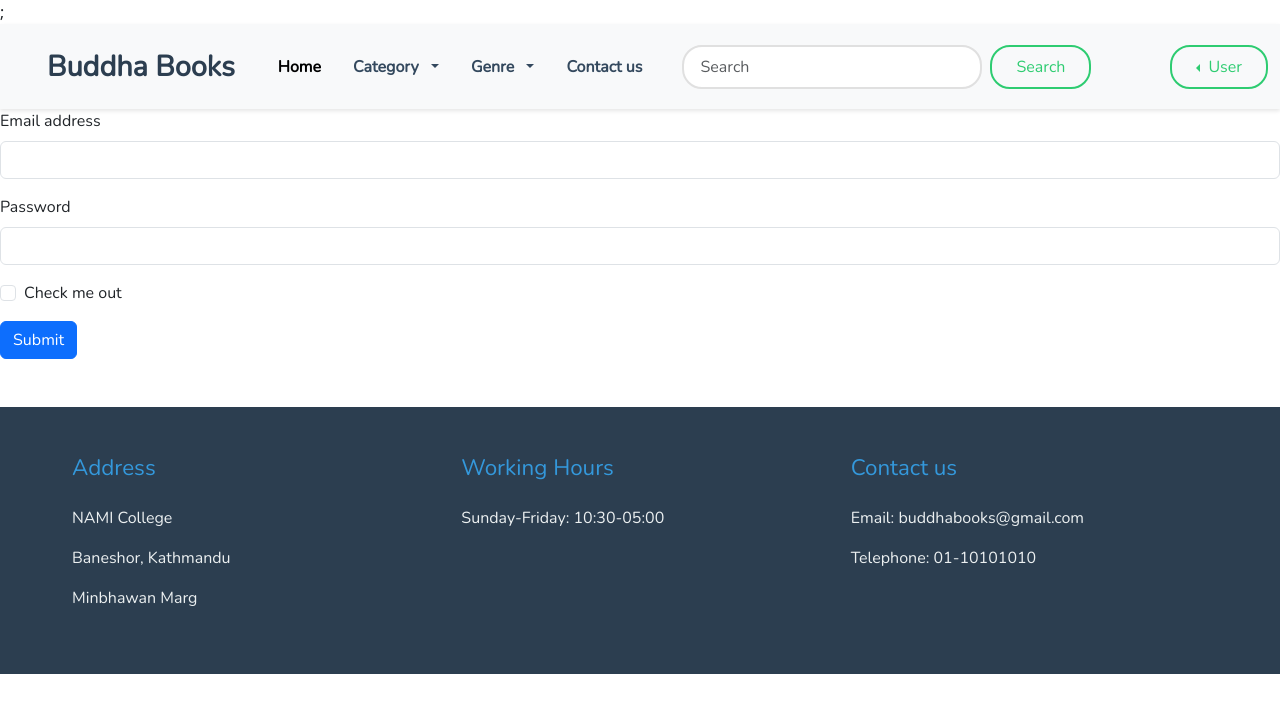
Repository: Shuprawal/Library-Management-System
Page: resources/views/addProfile.blade.php
These files come from the project's save history. The page is drawn as it stood at one moment and after the next save; the edit follows.
The browser window is 1280 px wide. The pictures show the whole page.
Some web libraries are served in a nearby version. The page is served by the project's Laravel application, run on PHP 8.4 with Laravel 12. Other server files are loaded and not shown. The database holds what the project's SQL file puts in it. The template is opened directly, without the code that normally fills it, so the values that code supplies are empty.

Above is the page before, as saved 2024-12-29 12:40:01.

### app/Providers/AppServiceProvider.php
<?php

namespace App\Providers;

use App\Models\Publisher;
use Illuminate\Support\ServiceProvider;
use Illuminate\Support\Facades\View;
use App\Models\Genre;
use App\Models\Author;
use App\Models\Book;
class AppServiceProvider extends ServiceProvider
{
    /**
     * Register any application services.
     */
    public function register(): void
    {
        //
    }

    /**
     * Bootstrap any application services.
     */
    public function boot(): void
    {
        //
        View::composer(['kitab', 'allbooklist', 'layouts.try'], function ($view) {
            $view->with('genres', Genre::all());
        });

        View::composer(['kitab', 'allbooklist', 'layouts.try'], function ($view) {
            $view->with('authors', Author::all());
        });

        View::composer(['kitab', 'allbooklist', 'layouts.try'], function ($view) {
            $view->with('publishers', Publisher::all());
        });

        View::composer(['list', 'index'], function ($view) {
            $view->with('books', Book::with(['authors', 'genres', 'publisher'])->get());
        });


        // View::composer('book', function ($view) {
        //     $view->with('book', function () {
        //         // Retrieve the book ID from the route
        //         $id = request()->route('id');

        //         // Fetch the book along with related models
        //         return Book::with(['authors', 'genres', 'publisher'])->findOrFail($id);
        //     });
        // });
        // public function index()
        // {
        //     $books = Book::with(['authors', 'genres', 'publisher'])->get();
        //     return view('allbooklist', compact('books'));
        // }
    }
}

### routes/web.php
<?php
use App\Http\Controllers\BookController;
use App\Http\Controllers\AuthorController;
use App\Http\Controllers\PublisherController;
use App\Http\Controllers\ProfileController;
use App\Http\Controllers\GenreController;
use Illuminate\Support\Facades\Route;
use Illuminate\Support\Facades\Auth;
use Laravel\Jetstream\Http\Controllers\Inertia\UserProfileController;

Route::get('/login', function () {
    return view('login');
})->name('login');

Route::get('/data', function () {
    return view('data');
});

Route::middleware([
    'auth:sanctum',
    config('jetstream.auth_session'),
    'verified',
])->group(function () {
    Route::get('/dashboard', function () {
        return view('dashboard');
    })->name('dashboard');
});

Route::get('/new', function () {
    return view('new');
});

Route::get('/', function () {
    return view('index');
})->name('home');



Route::get('/allist', function () {
    return view('authorlist');
})->name('authorlist');

Route::get('/addauthor', function () {
    return view('author.addauthor');
});


Route::get('/book', function () {
    return view('book');
})->name('book');

Route::get('/book2', function () {
    return view('book2');
})->name('book2');

Route::get('/booklist', function () {
    return view('booklist');
});

Route::get('/add', function () {
    return view('add');
});

Route::get('/addbook', function () {
    return view('addbook');
});

Route::get('/kitab', function () {
    return view('kitab');
})->name('kitab');

Route::get('/addmore', function () {
    return view('addmore');
});

Route::get('/addgenre', function () {
    return view('addgenre');
});

Route::get('/addpublisher', function () {
    return view('addpublisher');
});

Auth::routes();

// Route::get('/home', [App\Http\Controllers\HomeController::class, 'index'])->name('index');

// Route ::get('addpublisher',[PublisherController::class, 'index'])->name('publisher.index');
// Route ::get('addpublisher',[PublisherController::class, 'create'])->name('publisher.create');
// Route ::post('pulish',[PublisherController::class, 'store'])->name('publisher.store');


// Display a list of publishers (index)
Route::get('publishers', [PublisherController::class, 'index'])->name('publisher.index');

// Display the form to add a publisher (create)
Route::get('addpublisher', [PublisherController::class, 'create'])->name('publisher.create');

// Store the new publisher (store)
Route::post('addpublisher', [PublisherController::class, 'store'])->name('publisher.store');
Route::post('addpublisher', [PublisherController::class, 'store'])->name('publisher.store');
Route::post('kitab', [BookController::class, 'store'])->name('book.store');






Route::get('genres', [GenreController::class, 'index'])->name('genre.index');


Route::get('addgenre', [GenreController::class, 'create'])->name('genre.create');


Route::post('addgenre', [GenreController::class, 'store'])->name('genre.store');

// Route::get('/books/{genre}', [BookController::class, 'listByGenre'])->name('booklist');




Route::get('authors', [AuthorController::class, 'index'])->name('author.index');


Route::get('addauthor', [AuthorController::class, 'create'])->name('author.create');


Route::post('addauthor', [AuthorController::class, 'store'])->name('author.store');




Route::get('books', [BookController::class, 'index'])->name('book.index');


Route::get('kitab', [BookController::class, 'create'])->name('book.create');


Route::post('kitab', [BookController::class, 'store'])->name('book.store');

// Route::post('/kitab', [BookController::class, 'store']);

Route::get('/addNewBook',function(){
    return view('addNewBook');
})->name('new');


Route::get('/list', function () {
    return view('list');
})->name('list');


// Route::get('/booklist', function () {
//     return view('booklist');
// })->name('booklist');

Route::get('authorlist', [AuthorController::class, 'index'])->name('authorlist');
Route::delete('autorlist/{id}', [AuthorController::class, 'destroy'])->name('delete_author');

Route::get('genrelist', [GenreController::class, 'index'])->name('genrelist');
Route::delete('genrelist/{id}', [GenreController::class, 'destroy'])->name('delete_genre');

Route::get('publisherlist', [PublisherController::class, 'index'])->name('publisherlist');
Route::delete('publisher/{id}', [PublisherController::class, 'destroy'])->name('delete_publisher');


Route::get('allbooklist', [BookController::class, 'index'])->name('allbooklist');
Route::delete('allbooklist/{id}', [BookController::class, 'destroy'])->name('delete_book');

Route::get('/book/{id}', [BookController::class, 'show'])->name('book');


 Route::post('/publisherEdit/{id}', [PublisherController::class, 'edit'])->name('publisher_edit');


Route::get('/publisherEdit/{id}', [PublisherController::class, 'edit'])->name('publisher_edit');
Route::put('/publisherEdit/{id}', [PublisherController::class, 'update'])->name('publisher_update');



Route::post('/authorEdit/{id}', [AuthorController::class, 'edit'])->name('author_edit');


Route::get('/authorEdit/{id}', [AuthorController::class, 'edit'])->name('author_edit');
Route::put('/authorEdit/{id}', [AuthorController::class, 'update'])->name('author_update');


Route::post('/genreEdit/{id}',[GenreController::class,'edit'])->name('genre_edit');
Route::get('/genreEdit/{id}',[GenreController::class,'edit'])->name('genre_edit');
Route::put('genreEdit/{id}',[GenreController::class,'update'])->name('genre_update');

Route::get('bookEdit/{id}',[BookController::class,'edit'])->name('book_edit');
Route::post('bookEdit/{id}',[BookController::class,'edit'])->name('book_edit');
Route::put('bookEdit/{id}',[BookController::class,'update'])->name('book_update');

 Route::get('booklist/{id}',[BookController::class,'getBooksByGenre'])->name('booklist');







//  show profile

Route::middleware('auth')->group(function(){

    Route::get('profile',[ProfileController::class,'show'])->name('showProfile');
    Route::get('addprofile',[ProfileController::class,'create'])->name('profilecreate');
});

### resources/views/addProfile.blade.php
@extends('layouts.try');
@section('hom-body')
<form action="{{route('profilecreate')}}" method="Post">
@csrf


  <div class="mb-3">
    <label for="exampleInputEmail1" class="form-label">Email address</label>
    <input type="email" class="form-control" id="exampleInputEmail1" aria-describedby="emailHelp">

  </div>
  <div class="mb-3">
    <label for="exampleInputPassword1" class="form-label">Password</label>
    <input type="password" class="form-control" id="exampleInputPassword1">
  </div>
  <div class="mb-3 form-check">
    <input type="checkbox" class="form-check-input" id="exampleCheck1">
    <label class="form-check-label" for="exampleCheck1">Check me out</label>
  </div>
  <button type="submit" class="btn btn-primary">Submit</button>

</form>
@endsection

### app/Models/Genre.php
<?php

namespace App\Models;

use Illuminate\Database\Eloquent\Model;

class Genre extends Model
{
    protected $fillable = ['name'];

    public function books() {
        return $this->belongsToMany(Book::class, 'book_genres', 'genre_id', 'book_id');
    }
}

### app/Models/Author.php
<?php

namespace App\Models;

use Illuminate\Database\Eloquent\Model;

class Author extends Model
{
    protected $fillable = ['name'];

    // In Author Model
    public function books() {
        return $this->belongsToMany(Book::class, 'book_authors', 'authorID', 'bookID');
    }



}

### app/Models/Publisher.php
<?php

namespace App\Models;

use Illuminate\Database\Eloquent\Model;

class Publisher extends Model
{
    protected $fillable = ['name'];

    public function books() {
        return $this->hasMany(Book::class, 'publisherID','id');
    }
}

### library management system database.sql (the tables this page reads)
CREATE TABLE `authors` (
  `id` bigint(20) UNSIGNED NOT NULL,
  `name` varchar(255) NOT NULL,
  `created_at` timestamp NULL DEFAULT NULL,
  `updated_at` timestamp NULL DEFAULT NULL
) ENGINE=InnoDB DEFAULT CHARSET=utf8mb4 COLLATE=utf8mb4_unicode_ci;

INSERT INTO `authors` (`id`, `name`, `created_at`, `updated_at`) VALUES
(1, 'ram', '2024-12-23 05:53:07', '2024-12-23 05:53:07'),
(2, 'showan', '2024-12-23 05:53:38', '2024-12-23 05:53:38'),
(4, 'Nishan', '2024-12-23 06:12:34', '2024-12-23 06:12:34'),
(7, 'author one two', '2024-12-26 06:05:45', '2024-12-27 19:07:31'),
(8, 'Jane Austen', '2024-12-26 08:37:50', '2024-12-26 08:37:50'),
(9, 'Harper Lee', '2025-01-04 03:07:21', '2025-01-04 03:07:21'),
(10, 'Harold Bloom', '2025-01-04 03:16:23', '2025-01-04 03:16:23'),
(11, 'Sylvia Plath', '2025-01-04 03:23:03', '2025-01-04 03:23:03'),
(12, 'Don DeLillo', '2025-01-04 03:30:40', '2025-01-04 03:30:40'),
(13, 'Kazuo Ishiguro', '2025-01-04 03:41:48', '2025-01-04 03:41:48'),
(14, 'Hilary Mantel', '2025-01-04 03:48:40', '2025-01-04 03:48:40'),
(15, 'Marilynne Robinson', '2025-01-04 04:29:46', '2025-01-04 04:29:46'),
(16, 'Chimamanda Ngozi Adichie', '2025-01-04 04:37:14', '2025-01-04 04:37:14'),
(17, 'Buddhi Sagar', '2025-01-04 04:43:20', '2025-01-04 04:43:20'),
(18, 'Sudheer Sharma', '2025-01-04 04:49:10', '2025-01-04 04:49:10'),
(19, 'Thaddeus Kertzmann', '2025-01-05 00:06:17', '2025-01-05 00:06:17'),
(20, 'Marilie Wilkinson', '2025-01-05 00:06:17', '2025-01-05 00:06:17'),
(21, 'Rusty Johns', '2025-01-05 00:06:17', '2025-01-05 00:06:17'),
(22, 'Gunnar Lueilwitz', '2025-01-05 00:06:17', '2025-01-05 00:06:17'),
(23, 'Valentine Schowalter', '2025-01-05 00:06:17', '2025-01-05 00:06:17'),
(24, 'Henry Ortiz IV', '2025-01-05 00:06:17', '2025-01-05 00:06:17'),
(25, 'Edwina Schinner', '2025-01-05 00:06:17', '2025-01-05 00:06:17'),
(26, 'Jalon Johnson', '2025-01-05 00:06:17', '2025-01-05 00:06:17'),
(27, 'Kattie Lubowitz', '2025-01-05 00:06:17', '2025-01-05 00:06:17'),
(28, 'Dr. Forrest Rau', '2025-01-05 00:06:17', '2025-01-05 00:06:17'),
(29, 'Prof. Ian Hahn MD', '2025-01-05 00:06:17', '2025-01-05 00:06:17'),
(30, 'Mylene Gutmann', '2025-01-05 00:06:17', '2025-01-05 00:06:17'),
(31, 'Jamison Erdman III', '2025-01-05 00:06:17', '2025-01-05 00:06:17'),
(32, 'Jimmie Rohan', '2025-01-05 00:06:17', '2025-01-05 00:06:17'),
(33, 'Mr. Merritt Willms MD', '2025-01-05 00:06:17', '2025-01-05 00:06:17');

ALTER TABLE `authors`
  ADD PRIMARY KEY (`id`);

ALTER TABLE `authors`
  MODIFY `id` bigint(20) UNSIGNED NOT NULL AUTO_INCREMENT, AUTO_INCREMENT=34;

CREATE TABLE `genres` (
  `id` bigint(20) UNSIGNED NOT NULL,
  `name` varchar(255) NOT NULL,
  `created_at` timestamp NULL DEFAULT NULL,
  `updated_at` timestamp NULL DEFAULT NULL
) ENGINE=InnoDB DEFAULT CHARSET=utf8mb4 COLLATE=utf8mb4_unicode_ci;

INSERT INTO `genres` (`id`, `name`, `created_at`, `updated_at`) VALUES
(3, 'Action', '2024-12-23 05:19:01', '2024-12-27 19:37:51'),
(5, 'comedy', '2024-12-24 17:54:38', '2024-12-24 17:54:38'),
(6, 'Fantasy', '2024-12-24 17:55:35', '2024-12-24 17:55:35'),
(7, 'Horror', '2024-12-24 17:56:06', '2024-12-24 17:56:06'),
(8, 'Science Fiction', '2024-12-24 17:56:37', '2024-12-24 17:56:37'),
(9, 'Thriller', '2024-12-24 17:56:55', '2024-12-24 17:56:55'),
(10, 'Mystery', '2024-12-24 17:57:08', '2024-12-24 17:57:08'),
(12, 'Romance', '2024-12-26 08:34:08', '2024-12-26 08:34:08'),
(13, 'Fiction', '2024-12-26 08:34:22', '2024-12-26 08:34:22'),
(14, 'Biography', '2024-12-28 06:43:40', '2025-01-05 06:57:52'),
(15, 'Novel', '2025-01-04 03:15:48', '2025-01-04 03:15:48');

ALTER TABLE `genres`
  ADD PRIMARY KEY (`id`);

ALTER TABLE `genres`
  MODIFY `id` bigint(20) UNSIGNED NOT NULL AUTO_INCREMENT, AUTO_INCREMENT=16;

CREATE TABLE `publishers` (
  `id` bigint(20) UNSIGNED NOT NULL,
  `created_at` timestamp NULL DEFAULT NULL,
  `updated_at` timestamp NULL DEFAULT NULL,
  `name` varchar(30) NOT NULL,
  `address` varchar(30) NOT NULL
) ENGINE=InnoDB DEFAULT CHARSET=utf8mb4 COLLATE=utf8mb4_unicode_ci;

INSERT INTO `publishers` (`id`, `created_at`, `updated_at`, `name`, `address`) VALUES
(1, '2024-12-21 04:33:17', '2025-01-05 06:52:00', 'Ram Publishers', 'kathmandu nepal'),
(2, '2024-12-21 04:41:55', '2025-01-05 06:52:34', 'New Publisher', 'kathmandu'),
(3, '2024-12-21 17:25:32', '2025-01-05 06:51:39', 'We Publish', 'kathmandu'),
(5, '2024-12-21 23:50:11', '2025-01-05 06:50:56', 'rama', 'atlanta'),
(6, '2024-12-21 23:50:31', '2025-01-05 06:51:16', 'hari', 'New York, United States'),
(10, '2024-12-26 04:18:17', '2024-12-26 04:18:17', 'pub one', 'atlanta'),
(12, '2024-12-26 08:36:18', '2024-12-26 08:36:18', 'Dover Publications', 'New York, United States'),
(13, '2025-01-04 03:06:46', '2025-01-04 03:06:46', 'Bibliomania', 'Egypt'),
(14, '2025-01-04 03:15:05', '2025-01-04 03:15:05', 'Infobase', 'New York, United States'),
(15, '2025-01-04 03:30:24', '2025-01-04 03:30:24', 'Viking Adult', 'United States'),
(16, '2025-01-04 03:41:30', '2025-01-04 03:41:30', 'Faber and Faber', 'United Kingdom'),
(17, '2025-01-04 03:49:05', '2025-01-04 03:49:05', 'Fourth Estate', 'United Kingdom'),
(18, '2025-01-04 04:30:34', '2025-01-04 04:30:34', 'Farrar Straus and Giroux', 'United States'),
(19, '2025-01-04 04:42:50', '2025-01-04 04:42:50', 'FinePrint Publication', 'Nepal'),
(20, '2025-01-04 04:50:07', '2025-01-04 04:50:07', 'Kitab Publishers', 'Kathmandu, Nepal'),
(21, '2025-01-05 00:28:20', '2025-01-05 00:28:20', 'Williamson Ltd', '6306 Goodwin Shoals Apt. 309\nL'),
(22, '2025-01-05 00:28:20', '2025-01-05 00:28:20', 'Labadie, Hermiston and Bins', '60562 Gaylord Street Suite 597'),
(23, '2025-01-05 00:28:20', '2025-01-05 00:28:20', 'Watsica Inc', '8086 Eulalia Orchard\nPort Alis'),
(24, '2025-01-05 00:28:20', '2025-01-05 00:28:20', 'Mann and Sons', '68884 O\'Keefe Point\nIgnatiusmo'),
(25, '2025-01-05 00:28:20', '2025-01-05 00:28:20', 'Hermiston Ltd', '2903 Kilback Street\nPadbergfur'),
(26, '2025-01-05 00:28:20', '2025-01-05 00:28:20', 'Kiehn, Steuber and Herzog', '848 Unique Locks Apt. 760\nEast'),
(27, '2025-01-05 00:28:20', '2025-01-05 00:28:20', 'Nicolas and Sons', '834 Effertz Pine Suite 736\nPet'),
(28, '2025-01-05 00:28:20', '2025-01-05 00:28:20', 'Maggio Group', '9788 Koss Mount Apt. 425\nVinni'),
(29, '2025-01-05 00:28:20', '2025-01-05 00:28:20', 'Erdman Inc', '770 Ariel Ranch Apt. 969\nUpton'),
(30, '2025-01-05 00:28:20', '2025-01-05 00:28:20', 'Hermiston, Cremin and O\'Keefe', '2780 Jazmyne Stravenue\nElfried'),
(31, '2025-01-05 00:28:20', '2025-01-05 00:28:20', 'Schimmel Ltd', '225 Stephanie Greens\nSouth Alt'),
(32, '2025-01-05 00:28:20', '2025-01-05 00:28:20', 'Kunze, Dach and Miller', '9410 Gertrude View\nEast Mathew');

ALTER TABLE `publishers`
  ADD PRIMARY KEY (`id`);

ALTER TABLE `publishers`
  MODIFY `id` bigint(20) UNSIGNED NOT NULL AUTO_INCREMENT, AUTO_INCREMENT=33;

Loaded but not shown: app/Http/Controllers/Auth/ConfirmPasswordController.php (common file); app/Http/Controllers/Controller.php (common file); resources/views/layouts/try.blade.php (469 lines, source omitted)

After the next save:
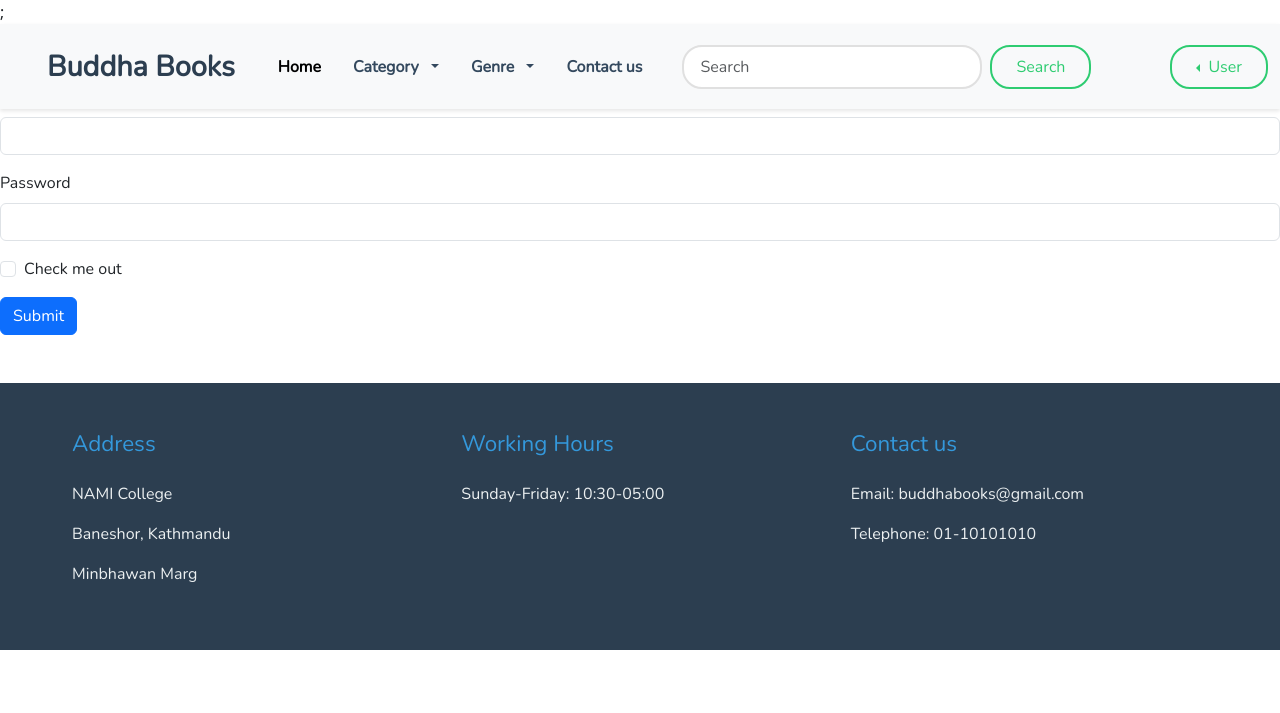
Saved 6 s later.
--- a/resources/views/addProfile.blade.php
+++ b/resources/views/addProfile.blade.php
@@ -5,7 +5,7 @@
 
 
   <div class="mb-3">
-    <label for="exampleInputEmail1" class="form-label">Email address</label>
+    <label for="exampleInputEmail1" class="form-label"></label>
     <input type="email" class="form-control" id="exampleInputEmail1" aria-describedby="emailHelp">
 
   </div>

After the save that followed:
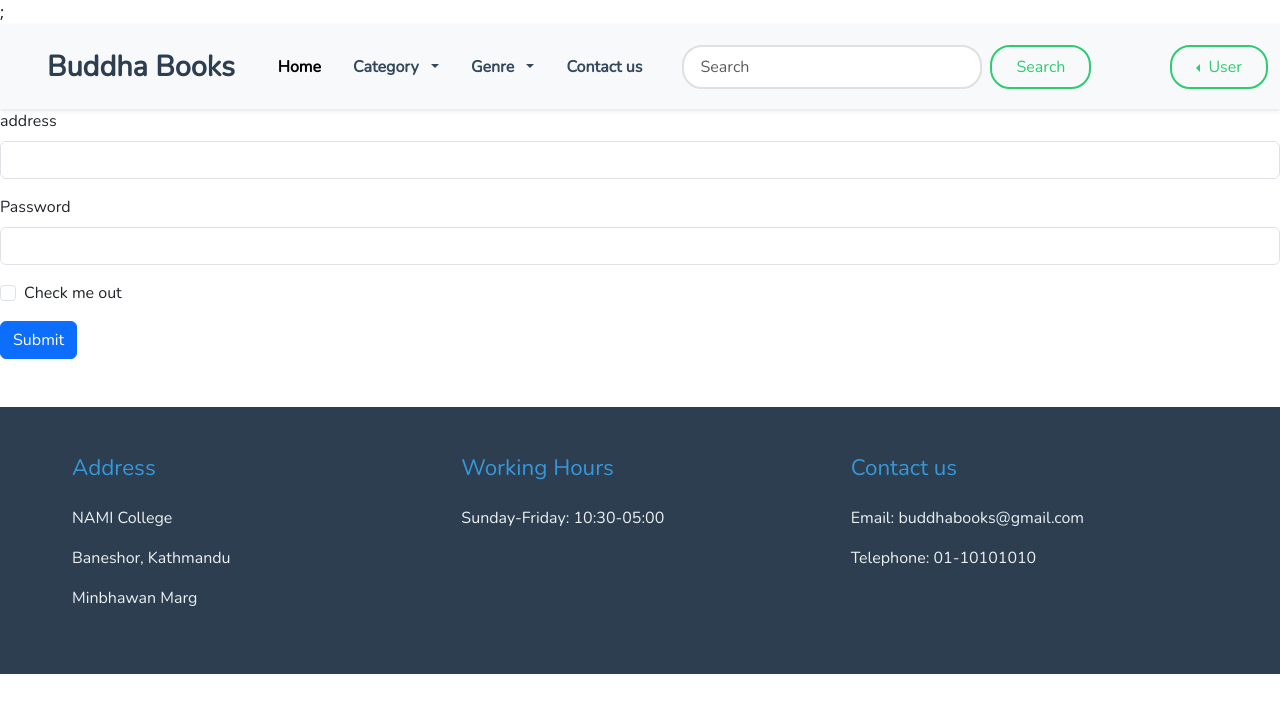
Saved 7 s later.
--- a/resources/views/addProfile.blade.php
+++ b/resources/views/addProfile.blade.php
@@ -5,7 +5,7 @@
 
 
   <div class="mb-3">
-    <label for="exampleInputEmail1" class="form-label"></label>
+    <label for="exampleInputEmail1" class="form-label">address</label>
     <input type="email" class="form-control" id="exampleInputEmail1" aria-describedby="emailHelp">
 
   </div>
